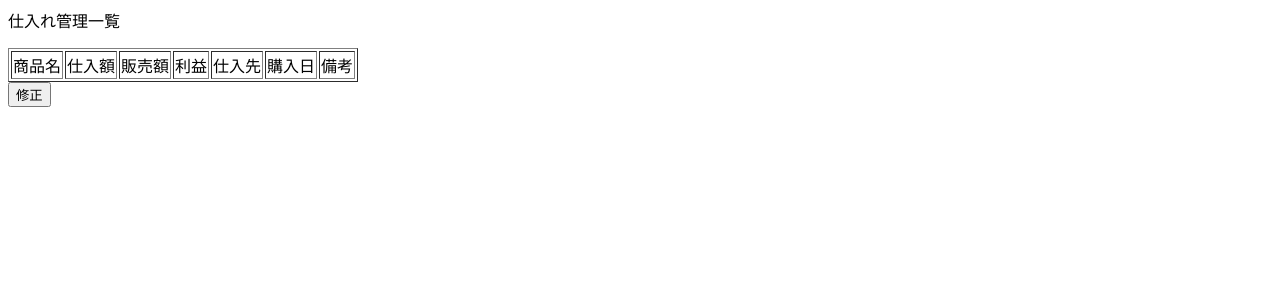
Repository: hayashikazuki/quroud9
Page: http://localhost/hurugi_keisan/product/hurugi_list.php
The author's editor kept a record of every edit. The page is drawn from the files as they stood at one moment, then again after the next edit.
The browser window is 1280 px wide. The pictures show the whole page.
The page is run by PHP 8.4 with error messages shown; the project is at /var/www/html/. Queries for data that is not in the repository find no rows.

Above is the page before.

### hurugi_keisan/product/hurugi_list.php
<!DOCTTYPE>
<html lang="ja">
    <head>
        <meta charaset="UTF-8">
        <title>古着管理アプリ</title>
    </head>
    <body>
    <?php

    try
    {
    $dsn='mysql:dbname=hurugi_keisan;host=localhost;charset=utf8';
    $user='root';
    $password='';
    $dbh = new PDO($dsn,$user,$password);
    $dbh->setAttribute(PDO::ATTR_ERRMODE,PDO::ERRMODE_EXCEPTION);

    $sql = 'SELECT code,name,stocking,sale,shop,date,remarks FROM hurugi_product WHERE 1';
    $stmt = $dbh->prepare($sql);
    $stmt->execute();

    $dbh = null;

    print '<p>仕入れ管理一覧</p>';
    print '<table border="1">';
    print '<tr>';
    print '<td>商品名</td>';
    print '<td>仕入額</td>';
    print '<td>販売額</td>';
    print '<td>利益</td>';
    print '<td>仕入先</td>';
    print '<td>購入日</td>';
    print '<td>備考</td>';
    print '</tr>';


    print '<form method="post" action="hurugi_edit.php">';

    while(true)
    {

        $rec = $stmt->fetch(PDO::FETCH_ASSOC);
        if($rec==false)
        {
            break;
        }
        print '<tr>';
        print '<td>';
        print'<input type="radio" name="hurugicode" value="'.$rec['code'].'">';
        print $rec['name'];
        print '</td>';
        print '<td>';
        print $rec['stocking'];
        print '</td>';
        print '<td>';
        print $rec['sale'];
        print '</td>';
        print '<td>';
        print $rec['sale']-$rec['stocking'];
        print '</td>';
        print '<td>';
        print $rec['shop'];
        print '</td>';
        print '<td>';
        print $rec['date'];
        print '</td>';
        print '<td>';
        print $rec['remarks'];
        print '</td>';
        print '<br />';
        print '</tr>';
    }



    print '</table>';

    print'<input type="submit" value="修正">';
    // print'<input type="submit" value="削除">';
    print '</form>';


    }
    catch(Exception $e)
    {
        print 'ただいま障害により大変ご迷惑をお掛けしております。';
        exit();
    }
    ?>

    <!--<p>仕入れ管理一覧</p>-->
    <!--<table border="1">-->
    <!--    <tr>-->
    <!--        <td>商品名</td>-->
    <!--        <td>仕入額</td>-->
    <!--        <td>販売額</td>-->
    <!--        <td>利益</td>-->
    <!--        <td>仕入先</td>-->
    <!--        <td>購入日</td>-->
    <!--        <td>備考</td>-->
    <!--    </tr>-->
    <!--</table>-->
    </body>
</html>

After the next edit:
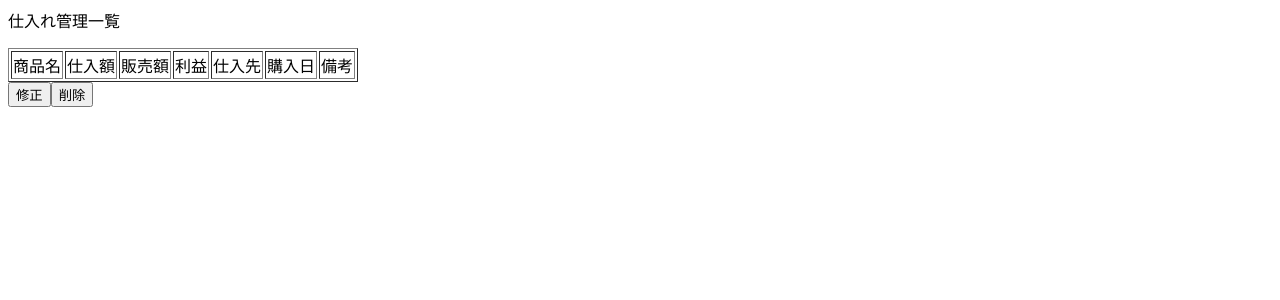
The edit:
--- a/hurugi_keisan/product/hurugi_list.php
+++ b/hurugi_keisan/product/hurugi_list.php
@@ -75,8 +75,8 @@
 
     print '</table>';
 
-    print'<input type="submit" value="修正">';
-    // print'<input type="submit" value="削除">';
+    print'<input type="submit" value="修正" name="edit">';
+    print'<input type="submit" value="削除" name="delete">';
     print '</form>';
 
 
